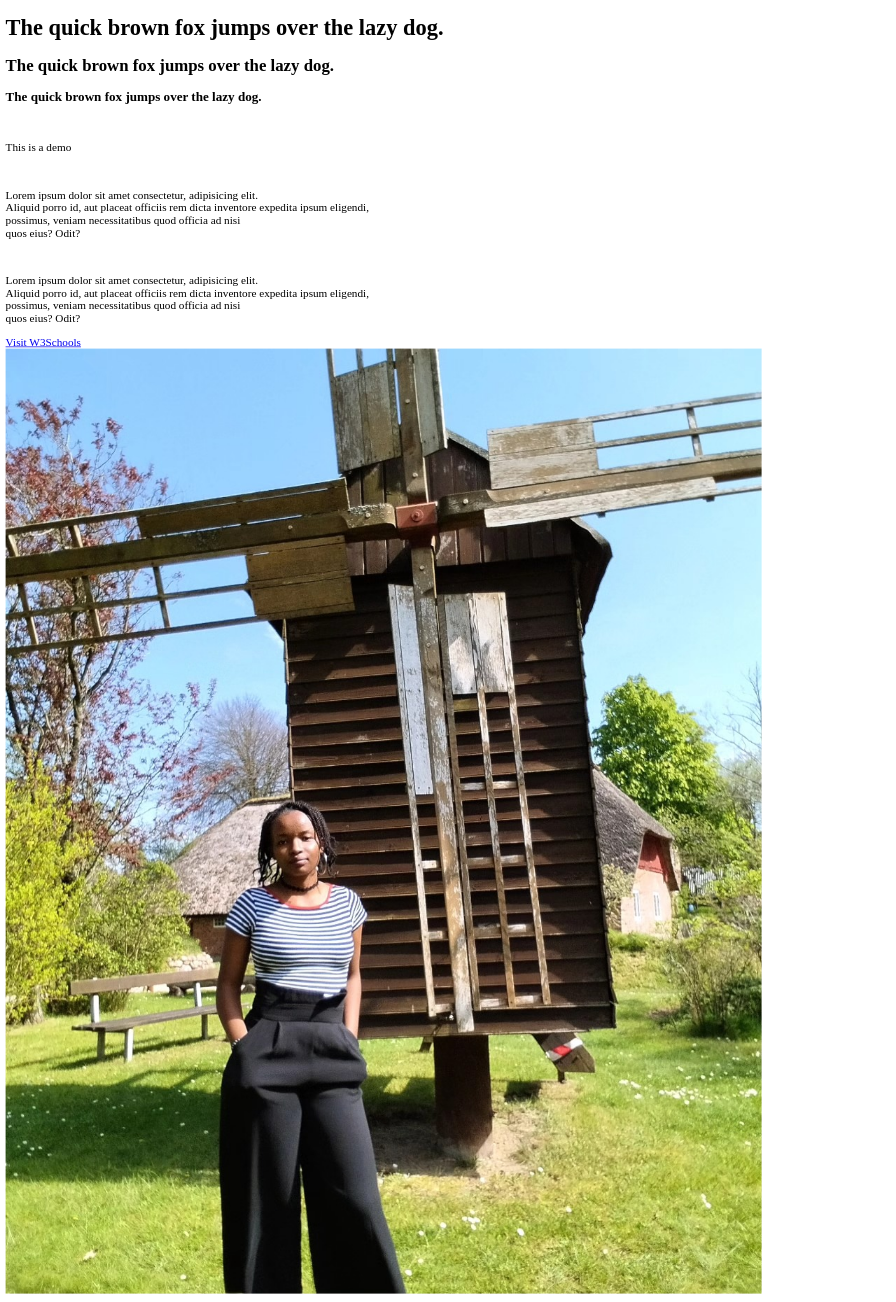
Repository: PhilipMuturi/website
Page: website/index.html
The author's editor kept a copy of each file at every save. The page is drawn from the files as they stood at one save, then again after the next save.
The browser window is 1280 px wide. The pictures show the whole page, at 70% of full size.

Above is the page before, as saved 2023-11-29 14:22:38.

After the next save:
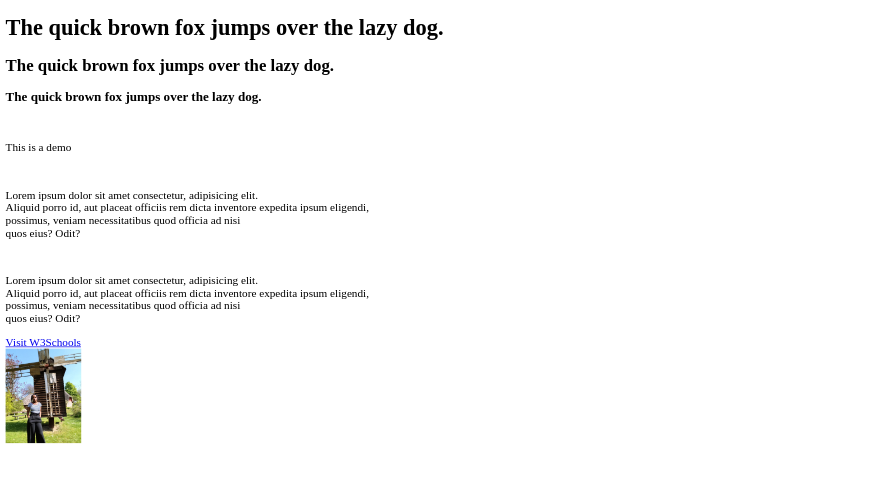
Saved 112 s later.
--- a/website/index.html
+++ b/website/index.html
@@ -30,6 +30,6 @@
 
              <a href="https://www.w3schools.com">Visit W3Schools</a>
              <br>
-             <img src="Jackie.jpg" height="1350" width="1080">
+             <img src="Jackie.jpg" height="135" width="108">
     </body>
 </html>
